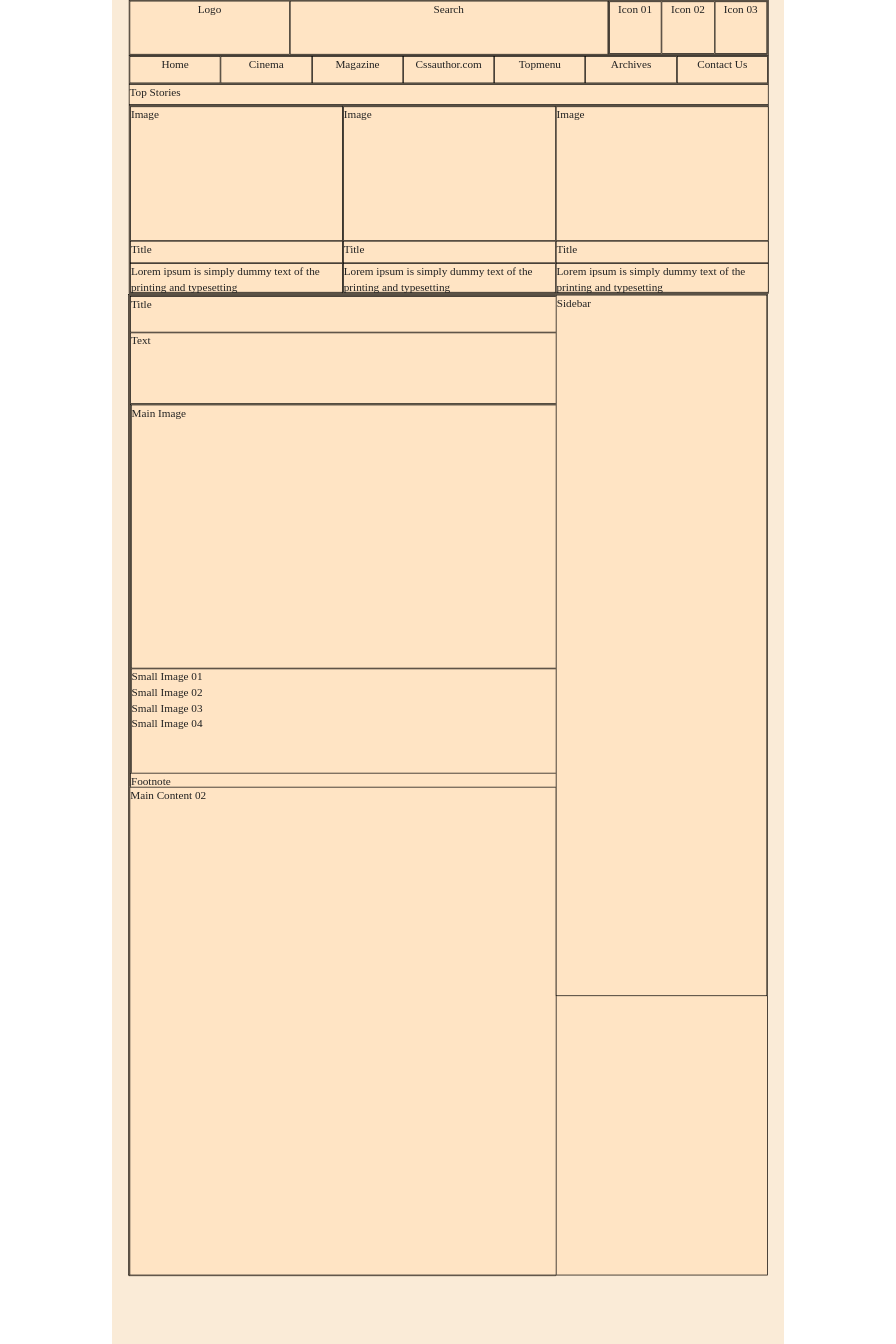
Repository: giovanabirck/cover-magazine-giovanabirck
Page: index.html
These files come from the project's save history. The page is drawn as it stood at one moment and after a run of saves; the edit follows.
The browser window is 1280 px wide. The pictures show the part of the page from y = 0 to 1920 px (the page is 5000 px tall), at 70% of full size.

Above is the page before, as saved 2023-01-14 11:27:25.

### index.html
<!doctype html>
<html class="no-js" lang="">

<head>
  <meta charset="utf-8">
  <title></title>
  <meta name="description" content="">
  <meta name="viewport" content="width=device-width, initial-scale=1">

  <meta property="og:title" content="">
  <meta property="og:type" content="">
  <meta property="og:url" content="">
  <meta property="og:image" content="">

  <link rel="manifest" href="site.webmanifest">
  <link rel="apple-touch-icon" href="icon.png">
  <!-- Place favicon.ico in the root directory -->

  <link rel="stylesheet" href="css/normalize.css">
  <link rel="stylesheet" href="css/main.css">

  <meta name="theme-color" content="#fafafa">
</head>

<body>

  <div class="main-container">

    <div class="header">
      <div class="header-content">
        <div class="header-content-logo">Logo</div>
        <div class="header-content-search">Search</div>
        <div class="header-content-icons">
          <div class="header-content-icons-un">Icon 01</div>
          <div class="header-content-icons-un">Icon 02</div>
          <div class="header-content-icons-un">Icon 03</div>
        </div>
      </div>
      <div class="header-menu">
        <div class="header-menu-un">Home</div>
        <div class="header-menu-un">Cinema</div>
        <div class="header-menu-un">Magazine</div>
        <div class="header-menu-un">Cssauthor.com</div>
        <div class="header-menu-un">Topmenu</div>
        <div class="header-menu-un">Archives</div>
        <div class="header-menu-un">Contact Us</div>
      </div>
    </div>

    <div class="featured">
      <div class="featured-h1">Top Stories</div>
      <div class="featured-stories">
        <div class="featured-stories-un">
          <div class="featured-stories-un-image">Image</div>
          <div class="featured-stories-un-title">Title</div>
          <div class="featured-stories-un-text">Lorem ipsum is simply dummy text of the printing and typesetting</div>
        </div>
        <div class="featured-stories-un">
          <div class="featured-stories-un-image">Image</div>
          <div class="featured-stories-un-title">Title</div>
          <div class="featured-stories-un-text">Lorem ipsum is simply dummy text of the printing and typesetting</div>
        </div>
        <div class="featured-stories-un">
          <div class="featured-stories-un-image">Image</div>
          <div class="featured-stories-un-title">Title</div>
          <div class="featured-stories-un-text">Lorem ipsum is simply dummy text of the printing and typesetting</div>
        </div>
      </div>
    </div>

    <div class="main">
      <div class="main-content">
        <div class="main-content-un">
          <div class="main-content-un-title">Title</div>
          <div class="main-content-un-text">Text</div>
          <div class="main-content-un-images">
            <div class="main-content-un-images-large">Main Image</div>
            <div class="main-content-un-images-small">
              <div class="main-content-un-images-small-un">Small Image 01</div>
              <div class="main-content-un-images-small-un">Small Image 02</div>
              <div class="main-content-un-images-small-un">Small Image 03</div>
              <div class="main-content-un-images-small-un">Small Image 04</div>
            </div>
          </div>
          <div class="main-content-un-footnote">Footnote</div>
        </div>
        <div class="main-content-un">Main Content 02</div>
      </div>
      <div class="main-side">Sidebar</div>
    </div>



  </div>

  <script src="js/vendor/modernizr-3.11.2.min.js"></script>
  <script src="js/plugins.js"></script>
  <script src="js/main.js"></script>

  <!-- Google Analytics: change UA-XXXXX-Y to be your site's ID. -->
  <script>
    window.ga = function () { ga.q.push(arguments) }; ga.q = []; ga.l = +new Date;
    ga('create', 'UA-XXXXX-Y', 'auto'); ga('set', 'anonymizeIp', true); ga('set', 'transport', 'beacon'); ga('send', 'pageview')
  </script>
  <script src="https://www.google-analytics.com/analytics.js" async></script>
</body>

</html>

### css/main.css
/*! HTML5 Boilerplate v8.0.0 | MIT License | https://html5boilerplate.com/ */

/* main.css 2.1.0 | MIT License | https://github.com/h5bp/main.css#readme */
/*
 * What follows is the result of much research on cross-browser styling.
 * Credit left inline and big thanks to Nicolas Gallagher, Jonathan Neal,
 * Kroc Camen, and the H5BP dev community and team.
 */

/* ==========================================================================
   Base styles: opinionated defaults
   ========================================================================== */

html {
  color: #222;
  font-size: 1em;
  line-height: 1.4;
  margin: 0px 160px 0px 160px;
}

/*
 * Remove text-shadow in selection highlight:
 * https://twitter.com/miketaylr/status/12228805301
 *
 * Vendor-prefixed and regular ::selection selectors cannot be combined:
 * https://stackoverflow.com/a/16982510/7133471
 *
 * Customize the background color to match your design.
 */

::-moz-selection {
  background: #b3d4fc;
  text-shadow: none;
}

::selection {
  background: #b3d4fc;
  text-shadow: none;
}

/*
 * A better looking default horizontal rule
 */

hr {
  display: block;
  height: 1px;
  border: 0;
  border-top: 1px solid #ccc;
  margin: 1em 0;
  padding: 0;
}

/*
 * Remove the gap between audio, canvas, iframes,
 * images, videos and the bottom of their containers:
 * https://github.com/h5bp/html5-boilerplate/issues/440
 */

audio,
canvas,
iframe,
img,
svg,
video {
  vertical-align: middle;
}

/*
 * Remove default fieldset styles.
 */

fieldset {
  border: 0;
  margin: 0;
  padding: 0;
}

/*
 * Allow only vertical resizing of textareas.
 */

textarea {
  resize: vertical;
}

/* ==========================================================================
   Author's custom styles
   ========================================================================== */

/* ==========================================================================
   Helper classes
   ========================================================================== */

/*
 * Hide visually and from screen readers
 */

.hidden,
[hidden] {
  display: none !important;
}

/*
 * Hide only visually, but have it available for screen readers:
 * https://snook.ca/archives/html_and_css/hiding-content-for-accessibility
 *
 * 1. For long content, line feeds are not interpreted as spaces and small width
 *    causes content to wrap 1 word per line:
 *    https://medium.com/@jessebeach/beware-smushed-off-screen-accessible-text-5952a4c2cbfe
 */

.sr-only {
  border: 0;
  clip: rect(0, 0, 0, 0);
  height: 1px;
  margin: -1px;
  overflow: hidden;
  padding: 0;
  position: absolute;
  white-space: nowrap;
  width: 1px;
  /* 1 */
}

/*
 * Extends the .sr-only class to allow the element
 * to be focusable when navigated to via the keyboard:
 * https://www.drupal.org/node/897638
 */

.sr-only.focusable:active,
.sr-only.focusable:focus {
  clip: auto;
  height: auto;
  margin: 0;
  overflow: visible;
  position: static;
  white-space: inherit;
  width: auto;
}

/*
 * Hide visually and from screen readers, but maintain layout
 */

.invisible {
  visibility: hidden;
}

/*
 * Clearfix: contain floats
 *
 * For modern browsers
 * 1. The space content is one way to avoid an Opera bug when the
 *    `contenteditable` attribute is included anywhere else in the document.
 *    Otherwise it causes space to appear at the top and bottom of elements
 *    that receive the `clearfix` class.
 * 2. The use of `table` rather than `block` is only necessary if using
 *    `:before` to contain the top-margins of child elements.
 */

.clearfix::before,
.clearfix::after {
  content: " ";
  display: table;
}

.clearfix::after {
  clear: both;
}

/* ==========================================================================
   EXAMPLE Media Queries for Responsive Design.
   These examples override the primary ('mobile first') styles.
   Modify as content requires.
   ========================================================================== */

@media only screen and (min-width: 35em) {
  /* Style adjustments for viewports that meet the condition */
}

@media print,
  (-webkit-min-device-pixel-ratio: 1.25),
  (min-resolution: 1.25dppx),
  (min-resolution: 120dpi) {
  /* Style adjustments for high resolution devices */
}

/* ==========================================================================
   Print styles.
   Inlined to avoid the additional HTTP request:
   https://www.phpied.com/delay-loading-your-print-css/
   ========================================================================== */

@media print {
  *,
  *::before,
  *::after {
    background: #fff !important;
    color: #000 !important;
    /* Black prints faster */
    box-shadow: none !important;
    text-shadow: none !important;
  }

  a,
  a:visited {
    text-decoration: underline;
  }

  a[href]::after {
    content: " (" attr(href) ")";
  }

  abbr[title]::after {
    content: " (" attr(title) ")";
  }

  /*
   * Don't show links that are fragment identifiers,
   * or use the `javascript:` pseudo protocol
   */
  a[href^="#"]::after,
  a[href^="javascript:"]::after {
    content: "";
  }

  pre {
    white-space: pre-wrap !important;
  }

  pre,
  blockquote {
    border: 1px solid #999;
    page-break-inside: avoid;
  }

  /*
   * Printing Tables:
   * https://web.archive.org/web/20180815150934/http://css-discuss.incutio.com/wiki/Printing_Tables
   */
  thead {
    display: table-header-group;
  }

  tr,
  img {
    page-break-inside: avoid;
  }

  p,
  h2,
  h3 {
    orphans: 3;
    widows: 3;
  }

  h2,
  h3 {
    page-break-after: avoid;
  }
}

.main-container{
  background-color: antiquewhite;
  width: 100%;
  height: 5000px;
  display: flex;
  flex-direction: column;
  align-items: center;
}

.header {
  width: 95%;
  height: 120px;
  display: flex;
  flex-direction: column;
  justify-content: center;
}

.header-content{
  background-color: bisque;
  border: solid 1px black;
  width: 100%;
  height: 80px;
  display: flex;
}

.header-content-logo{
  background-color: bisque;
  border: solid 1px black;
  width: 33%;
  text-align: center;
}

.header-content-search{
  background-color: bisque;
  border: solid 1px black;
  width: 66%;
  text-align: center;
}

.header-content-icons{
  background-color: bisque;
  border: solid 1px black;
  width: 33%;
  text-align: center;
  display: flex;
}

.header-content-icons-un{
  background-color: bisque;
  border: solid 1px black;
  width: 100%;
  text-align: center;
}

.header-menu{
  background-color: bisque;
  border: solid 1px black;
  width: 100%;
  height: 40px;
  text-align: center;
  display: flex;
}

.header-menu-un{
  background-color: bisque;
  border: solid 1px black;
  width: 100%;
  text-align: center;
}

.featured{
  width: 95%;
  height: 300px;
  display: flex;
  flex-direction: column;
}

.featured-h1{
  background-color: bisque;
  border: solid 1px black;
  width: 100%;
  height: 40px;
}

.featured-stories{
  background-color: bisque;
  border: solid 1px black;
  width: 100%;
  height: 300px;
  display: flex;
}

.featured-stories-un{
  background-color: bisque;
  border: solid 1px black;
  width: 100%;
}

.featured-stories-un-image{
  background-color: bisque;
  border: solid 1px black;
  width: 100%;
  height: 190px;
}

.featured-stories-un-title{
  background-color: bisque;
  border: solid 1px black;
  width: 100%;
  height: 30px;
}

.featured-stories-un-text{
  background-color: bisque;
  border: solid 1px black;
  width: 100%;
  height: 40px;
}

.main{
  background-color: bisque;
  border: solid 1px black;
  width: 95%;
  height: 1400px;
  display: flex;
}

.main-content{
  background-color: bisque;
  border: solid 1px black;
  width: 67%;
  height: 1400px;
  display: flex;
  flex-direction: column;
}

.main-content-un{
  background-color: bisque;
  border: solid 1px black;
  width: 100%;
  height: 700px;
}

.main-content-un-title{
  background-color: bisque;
  border: solid 1px black;
  width: 100%;
  height: 50px;
}

.main-content-un-text{
  background-color: bisque;
  border: solid 1px black;
  width: 100%;
  height: 100px;
}

.main-content-un-images{
  background-color: bisque;
  border: solid 1px black;
  width: 100%;
  height: 525px;
}

.main-content-un-images-large{
  background-color: bisque;
  border: solid 1px black;
  width: 100%;
  height: 375px;
}

.main-content-un-images-small{
  background-color: bisque;
  border: solid 1px black;
  width: 100%;
  height: 150px;
}

.main-content-un-footnote{
  background-color: bisque;
  border: solid 1px black;
  width: 100%;
  height: 25px;
}

.main-side{
  background-color: bisque;
  border: solid 1px black;
  width: 33%;
  height: 1000px;
}

### js/plugins.js
// Avoid `console` errors in browsers that lack a console.
(function() {
  var method;
  var noop = function () {};
  var methods = [
    'assert', 'clear', 'count', 'debug', 'dir', 'dirxml', 'error',
    'exception', 'group', 'groupCollapsed', 'groupEnd', 'info', 'log',
    'markTimeline', 'profile', 'profileEnd', 'table', 'time', 'timeEnd',
    'timeline', 'timelineEnd', 'timeStamp', 'trace', 'warn'
  ];
  var length = methods.length;
  var console = (window.console = window.console || {});

  while (length--) {
    method = methods[length];

    // Only stub undefined methods.
    if (!console[method]) {
      console[method] = noop;
    }
  }
}());

// Place any jQuery/helper plugins in here.

Loaded but not shown: css/normalize.css (library); js/vendor/modernizr-3.11.2.min.js (library); js/main.js (no stored copy; drawn as an empty file)

After the next 2 saves:
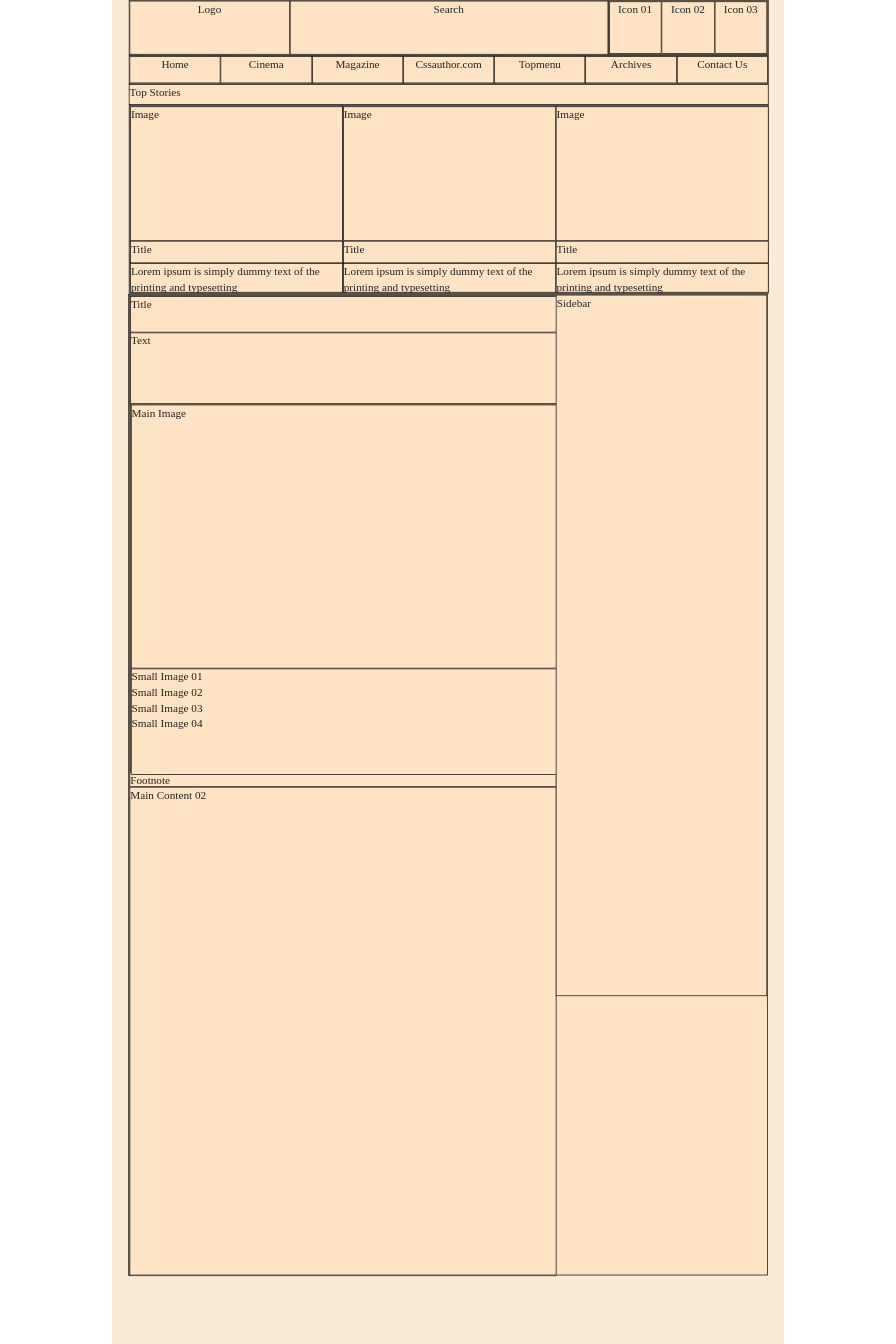
The 2 saves are shown as one change because they came seconds apart.
The last was saved 7 s later.
--- a/css/main.css
+++ b/css/main.css
@@ -440,6 +440,8 @@
   height: 150px;
 }
 
+.class="main-content-un-images-small-un
+
 .main-content-un-footnote{
   background-color: bisque;
   border: solid 1px black;

After the save that followed:
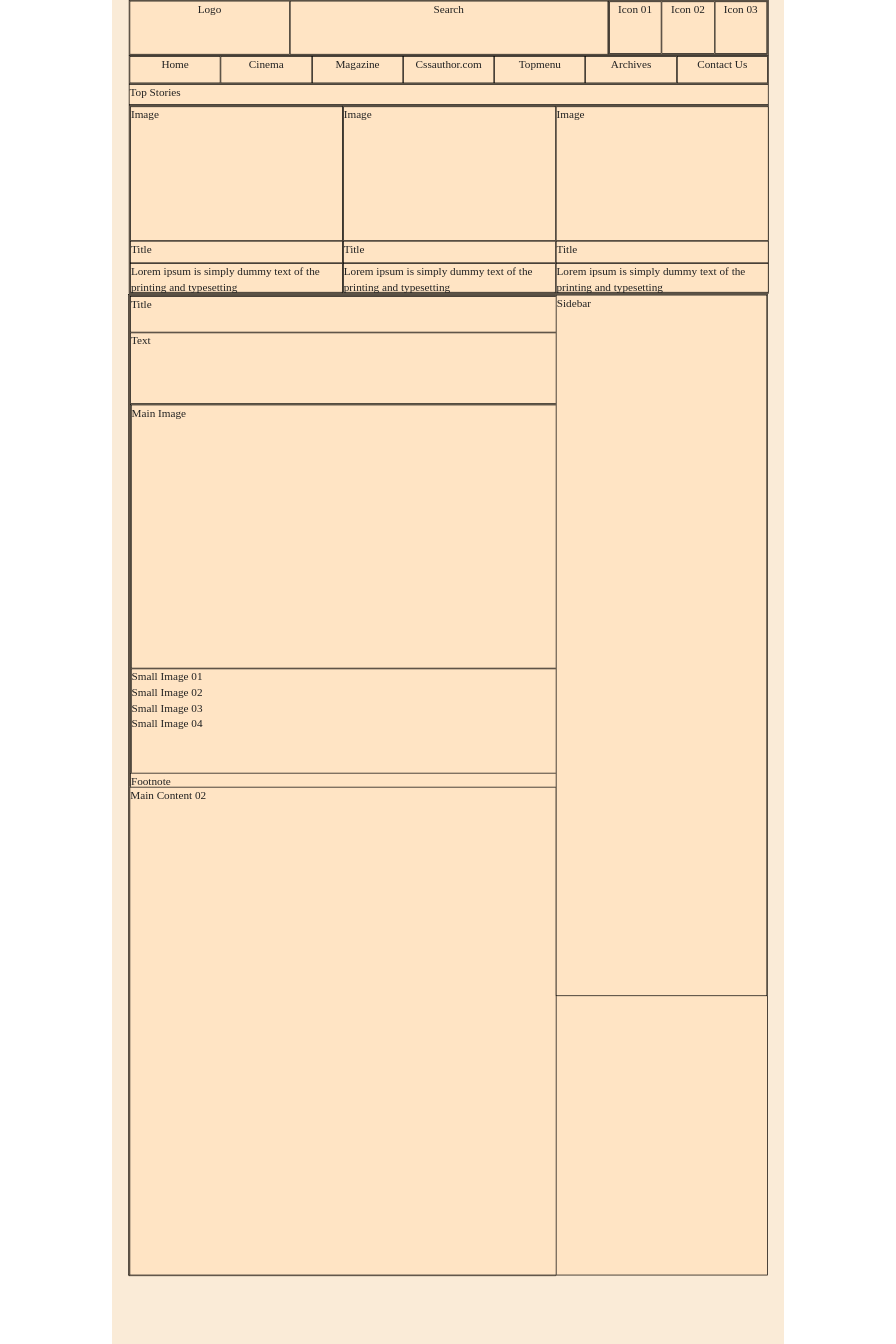
Saved 4 s later.
--- a/css/main.css
+++ b/css/main.css
@@ -440,7 +440,9 @@
   height: 150px;
 }
 
-.class="main-content-un-images-small-un
+.main-content-un-images-small-un{
+
+}
 
 .main-content-un-footnote{
   background-color: bisque;
